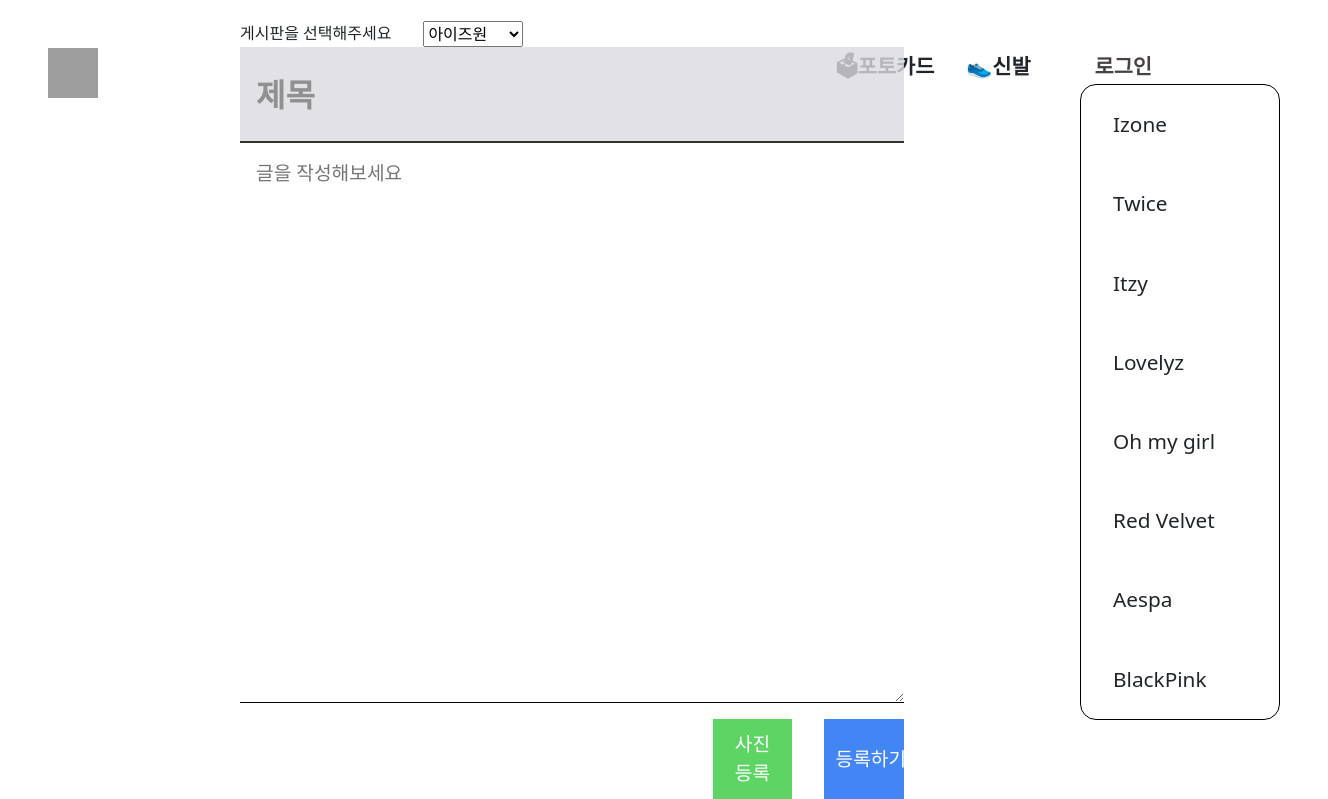
Repository: hwangstar156/goods-trader
Page: /write
These files come from the project's save history. The page is drawn as it stood at one moment and after the next save; the edit follows.
The browser window is 1280 px wide. The page is 1328 px wide, so the pictures cover 1328 px, including what lies to the right of the window. The pictures show the whole page.
Pictures or frames that could not be fetched are drawn as grey boxes. Some web libraries are served in a nearby version. The project was rebuilt for these pictures with package versions that can differ from the ones it lists, and the page was loaded fresh each time. Also part of the build but not shown: src/App.css, src/component/sign-up/sign-up.component.jsx, src/component/sign-in/sign-in.styles.scss, src/component/sign-in/sign-in.component.jsx, src/component/with-spinner/withSpinner.styles.scss, src/component/with-spinner/withSpinner.component.jsx, src/pages/userprofile/userprofile.styles.scss, src/pages/userprofile/userprofile.utils.js and 7 more.

Above is the page before, as saved 2021-09-05 17:59:08.

### public/index.html
<!DOCTYPE html>
<html lang="en">
  <head>
    <meta charset="utf-8" />
    <link rel="icon" href="%PUBLIC_URL%/favicon.ico" />
    <meta name="viewport" content="width=device-width, initial-scale=1" />
    <meta name="theme-color" content="#000000" />
    <meta
      name="description"
      content="Web site created using create-react-app"
    />
    <link rel="apple-touch-icon" href="%PUBLIC_URL%/logo192.png" />

    <link rel="manifest" href="%PUBLIC_URL%/manifest.json" />
    <script src="https://kit.fontawesome.com/08c91e1c0e.js" crossorigin="anonymous"></script>
    <title>Goods trader</title>
  </head>
  <body>
    <div id="root"></div>
  </body>
</html>

### src/index.js
import React from "react";
import ReactDOM from "react-dom";
import "./index.css";
import App from "./App";
import reportWebVitals from "./reportWebVitals";
import { BrowserRouter } from "react-router-dom";
import { PersistGate } from "redux-persist/integration/react";
import { store, persistor } from "./redux/store";
import { Provider } from "react-redux";
import "bootstrap/dist/css/bootstrap.min.css";
ReactDOM.render(
  <Provider store={store}>
    <BrowserRouter>
      <PersistGate persistor={persistor}>
        <App />
      </PersistGate>
    </BrowserRouter>
  </Provider>,

  document.getElementById("root")
);

// If you want to start measuring performance in your app, pass a function
// to log results (for example: reportWebVitals(console.log))
// or send to an analytics endpoint. Learn more: https://bit.ly/CRA-vitals
reportWebVitals();

### src/App.js
import "./App.css";
import { Switch, Route, Redirect } from "react-router-dom";
import SignUpPage from "./component/sign-up/sign-up.component";
import SignInPage from "./component/sign-in/sign-in.component";
import UserProfileContainer from "./pages/userprofile/userprofile.container";
import React, { useEffect } from "react";
import Header from "./component/header/header.component";
import HomePage from "./pages/homepage.component";
import { useDispatch, useSelector } from "react-redux";
import { selectCurrentUser } from "./redux/user/user.selector";
import { checkUserSession } from "./redux/user/user.action";
import WritePage from "./pages/write/write.pages";
const App = () => {
  const currentUser = useSelector(selectCurrentUser);
  const dispatch = useDispatch();

  useEffect(() => {
    dispatch(checkUserSession());
  }, [dispatch]);
  return (
    <>
      <Header />
      <Switch>
        <Route exact path="/" render={() => <HomePage />} />
        <Route exact path="/signup" component={SignUpPage} />
        <Route
          exact
          path="/signin"
          render={() => (currentUser ? <Redirect to="/" /> : <SignInPage />)}
        />
        <Route exact path="/profile" component={UserProfileContainer}></Route>
        <Route exact path="/write" component={WritePage}></Route>
      </Switch>
    </>
  );
};

export default App;

### src/redux/store.js
import { createStore, applyMiddleware } from "redux";
import logger from "redux-logger";
import { persistStore } from "redux-persist";
import rootReducer from "./root-redux";
import { composeWithDevTools } from "redux-devtools-extension";
import createSagaMiddleware from "redux-saga";
import rootSaga from "./root-saga";

const sagaMiddleware = createSagaMiddleware();
const middlewares = [logger, sagaMiddleware];

const store = createStore(
  rootReducer,
  composeWithDevTools(applyMiddleware(...middlewares))
);
sagaMiddleware.run(rootSaga);
const persistor = persistStore(store);

export { store, persistor };

### src/pages/userprofile/userprofile.container.jsx
import WithSpinner from "../../component/with-spinner/withSpinner.component";
import UserProfilePage from "./userprofile.pages";
import { compose } from "redux";
import { connect } from "react-redux";
import { createStructuredSelector } from "reselect";
import { selectUserFetching } from "../../redux/user/user.selector";

const mapStateToProps = createStructuredSelector({
  isLoading: selectUserFetching,
});

const UserProfileContainer = compose(
  connect(mapStateToProps),
  WithSpinner
)(UserProfilePage);

export default UserProfileContainer;

### src/component/header/header.component.jsx
import React from "react";
import ProfileIcon from "../userprofile/profileicon.component";
import { Link, useHistory } from "react-router-dom";
import "./header.styles.scss";
import { useSelector } from "react-redux";
import {
  selectCurrentUser,
  selectUserLoggedIn,
} from "../../redux/user/user.selector";

const Header = () => {
  const currentUser = useSelector(selectCurrentUser);
  const isLoggedIn = useSelector(selectUserLoggedIn);
  const history = useHistory();
  const handleLogoClick = () => {
    history.push("/");
  };

  return (
    <>
      <div className="header-container">
        <div className="logo" onClick={handleLogoClick}>
          <img
            src="https://www.freepnglogos.com/uploads/logo-website-png/logo-website-file-globe-icon-svg-wikimedia-commons-21.png"
            alt=""
            className="logo-img"
          />
        </div>
        <div className="header-element">
          {isLoggedIn ? (
            <Link className="header-write" to="/write">
              📝글쓰기
            </Link>
          ) : null}

          <div className="header-photocard">🗳포토카드</div>
          <div className="header-sneakers">👟신발</div>
          {currentUser ? (
            <ProfileIcon />
          ) : (
            <Link to="/signin" className="sign-in-btn">
              로그인
            </Link>
          )}
        </div>
      </div>
    </>
  );
};

export default Header;

### src/redux/user/user.selector.js
import { createSelector } from "reselect";

const selectUser = (state) => state.user;

export const selectCurrentUser = createSelector(
  [selectUser],
  (user) => user.currentUser
);

export const selectUserError = createSelector(
  [selectUser],
  (user) => user.error
);

export const selectUserFetching = createSelector(
  [selectUser],
  (user) => user.isFetching
);

export const selectUserLoggedIn = createSelector(
  [selectUser],
  (user) => user.isLoggedIn
);

### src/redux/user/user.action.js
import { UserActionTypes } from "./user.types";

export const googleSignInStart = () => ({
  type: UserActionTypes.GOOGLE_SIGN_IN_START,
});

export const emailSignInStart = (emailAndPassword) => ({
  type: UserActionTypes.EMAIL_SIGN_IN_START,
  payload: emailAndPassword,
});

export const signInSuccess = (user) => ({
  type: UserActionTypes.SIGN_IN_SUCCESS,
  payload: user,
});

export const signInFailure = (err) => ({
  type: UserActionTypes.SIGN_IN_FAILURE,
  payload: err,
});

export const checkUserSession = () => ({
  type: UserActionTypes.CHECK_USER_SESSION,
});

export const signOutStart = () => ({
  type: UserActionTypes.SIGN_OUT_START,
});

export const signOutSuccess = () => ({
  type: UserActionTypes.SIGN_OUT_SUCCESS,
});

export const signOutFailure = (err) => ({
  type: UserActionTypes.SIGN_OUT_FAILURE,
  payload: err,
});

export const signUpStart = (userObj) => ({
  type: UserActionTypes.SIGN_UP_START,
  payload: userObj,
});

export const signUpSuccess = ({ user, additionalData }) => ({
  type: UserActionTypes.SIGN_UP_SUCCESS,
  payload: { user, additionalData },
});

export const signUpFailure = (err) => ({
  type: UserActionTypes.SIGN_UP_FAILURE,
  payload: err,
});

export const refreshUserStart = () => ({
  type: UserActionTypes.REFRESH_USER_START,
});

export const refreshUserSuccess = (user) => ({
  type: UserActionTypes.REFRESH_USER_SUCCESS,
  payload: user,
});

export const refreshUserFailure = (err) => ({
  type: UserActionTypes.REFRESH_USER_FAILURE,
  payload: err,
});

### src/pages/write/write.pages.jsx
import React from "react";
import { useState } from "react";
import { useSelector } from "react-redux";
import { firestore, storageRef } from "../../firebase/firebase.utils";
import { selectCurrentUser } from "../../redux/user/user.selector";
import { v4 as uuidv4 } from "uuid";
import { useRef } from "react";
import MenuAside from "../../component/menu-aside/menu-aside.component";
import "github-markdown-css";
import "./write.styles.scss";
import { selectIdols } from "../../redux/idol/idol.selector";
const WritePage = () => {
  const imgRef = useRef(null);
  const currentUser = useSelector(selectCurrentUser);
  const idolCollection = useSelector(selectIdols);
  const [text, setText] = useState({
    headText: "",
    mainText: "",
  });
  const [file, setFile] = useState("");
  const { headText, mainText } = text;

  const onSubmit = async (e) => {
    e.preventDefault();
    let fileUrl = "";
    const fileRef = storageRef.child(`${currentUser.id}/${uuidv4()}`);
    const responce = await fileRef.put(file);

    console.log(responce);
    responce.ref.getDownloadURL().then((url) => {
      fileUrl = url;
      imgRef.current.src = url;
    });

    const writing = {
      headText,
      mainText,
      createAt: Date.now(),
      fileUrl,
    };
    firestore.collection("writings").add(writing);
    setFile("");
    setText({
      ...text,
      headText: "",
      mainText: "",
    });
  };

  const onChangeTextInput = (e) => {
    const name = e.target.name;
    setText({
      ...text,
      [name]: e.target.value,
    });
  };

  const onChangeFiles = (e) => {
    const theFile = e.target.files[0];
    if (!theFile) {
      return;
    }
    if (!theFile.type.match(/image.*/)) {
      return;
    }
    setFile(theFile);
  };

  const onChangeSelectIdol = (e) => {};

  return (
    <div className="write-container">
      <form onSubmit={onSubmit} className="inputs-form">
        <div className="select-container">
          <label htmlFor="">게시판을 선택해주세요</label>
          <select
            name="idol"
            id="select-collection"
            onChange={onChangeSelectIdol}
            className="idol-selector"
          >
            {idolCollection.map(({ id, title }) => (
              <option key={id} value={title}>
                {title}
              </option>
            ))}
          </select>
        </div>

        <input
          type="text"
          name="headText"
          className="head-input"
          value={headText}
          placeholder="제목"
          onChange={onChangeTextInput}
        />
        <textarea
          type="text"
          placeholder="글을 작성해보세요"
          className="main-input"
          name="mainText"
          value={mainText}
          onChange={onChangeTextInput}
        />
        <input
          type="file"
          accept="image/*"
          onChange={onChangeFiles}
          className="file-input"
        />
        <footer className="footer-element">
          <button type="button" className="file-btn">
            사진 등록
          </button>
          <input type="submit" className="submit-btn" value="등록하기" />
        </footer>
      </form>
      <MenuAside className="menu-aside" />
      <div className="image-preview">
        <img src="" alt="" ref={imgRef} />
      </div>
    </div>
  );
};

export default WritePage;

### src/redux/root-redux.js
import { combineReducers } from "redux";
import { persistReducer } from "redux-persist";
import storage from "redux-persist/lib/storage";
import idolReducer from "./idol/idol.reducer";
import userReducer from "./user/user.reducer";
const persistConfig = {
  key: "root",
  storage,
  whitelist: ["cart"],
};

const rootReducer = combineReducers({
  user: userReducer,
  idol: idolReducer,
});

export default persistReducer(persistConfig, rootReducer);

### src/redux/root-saga.js
import { all, call } from "redux-saga/effects";
import { userSagas } from "./user/user.saga";
export default function* rootSaga() {
  yield all([call(userSagas)]);
}

### src/component/sign-up/sign-up.styles.scss
@import url("https://fonts.googleapis.com/css2?family=Poppins&display=swap");
@import url("https://fonts.googleapis.com/css2?family=Jua&display=swap");

* {
  box-sizing: content-box;
  margin: 0;
}
.sign-up-page {
  width: 100%;
  height: 100vh;
  font-family: "Jua", sans-serif;
  & .form-input {
    display: flex;
    flex-direction: column;
    width: 35%;
    justify-content: center;
    margin: 0 auto;
    margin-top: 4rem;
    background-color: skyblue;
    padding: 3rem;
    border-radius: 1rem;

    & h3 {
      font-size: 2rem;
      text-align: center;
      color: black;
    }

    & .sign-up-input {
      margin-top: 2rem;
      height: 3rem;
      background-color: lightgray;
      border: 1px solid black;
      border-radius: 0.5rem;
      font-size: 1rem;
      letter-spacing: 0.1rem;
      padding-left: 1rem;
      &::placeholder {
        letter-spacing: normal;
        font-size: 80%;
        opacity: 1;
      }
    }
  }

  & .sign-up-title {
    display: flex;
    font-style: italic;
    padding-top: 3rem;
    font-size: 3em;

    color: tomato;
    justify-content: center;

    & strong {
      color: blue;
    }
  }

  & .submit-btn {
    width: 20%;
    margin: 4rem auto 0 auto;
    padding: 1rem;
    border-radius: 1.5rem;
    border: transparent;
    background-color: #4285f4;
    color: white;
    font-size: 1rem;

    &:hover {
      cursor: pointer;
      background-color: #357ae8;
    }
  }
}

### src/component/header/header.styles.scss
@import url("https://fonts.googleapis.com/css2?family=Jua&display=swap");

.header-container {
  display: flex;
  position: relative;
  left: 3rem;
  top: 3rem;
  & .logo-img {
    width: 50px;
    height: 50px;
    cursor: pointer;
  }

  & .header-element {
    display: flex;
    position: absolute;
    right: 11rem;
    font-size: 1.3rem;
    line-height: 40px;
    font-weight: 600;
    font-family: "Jua", sans-serif;

    & .header-write {
      text-decoration: none;
      color: rgb(71, 66, 66);
    }

    & .sign-in-btn {
      text-decoration: none;
      color: rgb(71, 66, 66);
    }
    & .header-write {
      margin-right: 2rem;
    }

    & .header-photocard {
      margin-right: 2rem;
    }

    & .header-sneakers {
      margin-right: 4rem;
    }
  }
}

### src/redux/user/user.types.js
export const UserActionTypes = {
  GOOGLE_SIGN_IN_START: "GOOGLE_SIGN_IN_START",
  EMAIL_SIGN_IN_START: "EMAIL_SIGN_IN_START",
  SIGN_IN_SUCCESS: "SIGN_IN_SUCCESS",
  SIGN_IN_FAILURE: "SIGN_IN_FAILURE",
  CHECK_USER_SESSION: "CHECK_USER_SESSION",
  SIGN_OUT_START: "SIGN_OUT_START",
  SIGN_OUT_SUCCESS: "SIGN_OUT_SUCCESS",
  SIGN_OUT_FAILURE: "SIGN_OUT_FAILURE",
  SIGN_UP_START: "SIGN_UP_START",
  SIGN_UP_SUCCESS: "SIGN_UP_SUCCESS",
  SIGN_UP_FAILURE: "SIGN_UP_FAILURE",
  CHANGE_USER_IMAGE: "CHANGE_USER_IMAGE",
  REFRESH_USER_START: "REFRESH_USER_START",
  REFRESH_USER_SUCCESS: "REFRESH_USER_REFRESH_USER_SUCCESS",
  REFRESH_USER_FAILURE: "REFRESH_USER_FAILURE",
};

### src/component/menu-aside/menu-aside.component.jsx
import React from "react";
import "./menu-aside.styles.scss";
const MenuAside = () => {
  return (
    <aside>
      <ul className="menu-aside">
        <li>Izone</li>
        <li>Twice</li>
        <li>Itzy</li>
        <li>Lovelyz</li>
        <li>Oh my girl</li>
        <li>Red Velvet</li>
        <li>Aespa</li>
        <li>BlackPink</li>
      </ul>
    </aside>
  );
};

export default MenuAside;

### src/pages/write/write.styles.scss
.write-container {
  height: 100vh;
  display: flex;
  justify-content: center;
  align-items: center;



  & .inputs-form {
    display: flex;
    flex-direction: column;
    margin-left: 15rem;
    margin-right: 6rem;
    width: 900px;
    & .select-container {
        display: flex;


    & .idol-selector{
        margin-left: 2rem;
        width: 15%;
        display: inline-block;
    }
    }

    & .head-input {
      height: 6rem;
      border: none;
      border-bottom: 2px solid black;
      background-color: rgb(218, 218, 224);
      opacity: 0.8;
      padding-left: 1rem;
      font-weight: 600;
      font-size: 2rem;
      &:focus {
        outline: none;
      }
    }

    & .main-input {
      border: none;
      border-bottom: 1px solid black;
      height: 35rem;
      padding: 1rem 0 0 1rem;
      font-size: 1.2rem;
      &:focus {
        outline: none;
      }
    }

     & .file-input{
         display: none;
     }
    & .footer-element{
        display: flex;
        & .file-btn{
            width: 12%;
            padding: 0.7rem;
            margin-left: auto;
            margin-top: 1rem;
            margin-right: 2rem;
            color: white;
            border: none;
            font-size: 1.2rem;
            background-color: #5ed464;
            &:hover{
                background-color: #45be4b;
            }
        }
        & .submit-btn{
            width: 12%;
            padding: 0.7rem;
            margin-top: 1rem;
            color: white;
            border: none;
            font-size: 1.2rem;
            background-color: #4285f4;
            &:hover{
                background-color: #357ae8;
            }
        }
    }
  }
}

### src/redux/idol/idol.selector.js
import { createSelector } from "reselect";

const selectIdol = (state) => state.idol;

export const selectIdols = createSelector(
  [selectIdol],
  (idol) => idol.sections
);

### src/redux/idol/idol.reducer.js
import idolData from "./idol.data";
import IdolTypeActions from "./idol.type";
const idolReducer = (state = idolData, action) => {
  switch (action.type) {
    case IdolTypeActions.CHANGE_IMAGE_SIZE:
      return {
        ...state,
        imageUrl: action.payload,
      };
    default:
      return state;
  }
};

export default idolReducer;

### src/redux/user/user.reducer.js
import { UserActionTypes } from "./user.types";

const INITIAL_STATE = {
  currentUser: null,
  error: null,
  isFetching: true,
  isLoggedIn: false,
};

const userReducer = (state = INITIAL_STATE, action) => {
  switch (action.type) {
    case UserActionTypes.REFRESH_USER_START:
    case UserActionTypes.CHECK_USER_SESSION:
      return {
        ...state,
        isFetching: true,
      };
    case UserActionTypes.REFRESH_USER_SUCCESS:
    case UserActionTypes.SIGN_IN_SUCCESS:
      return {
        ...state,
        currentUser: action.payload,
        error: null,
        isFetching: false,
        isLoggedIn: true,
      };
    case UserActionTypes.SIGN_OUT_SUCCESS:
      return {
        ...state,
        currentUser: null,
        error: null,
        isLoggedIn: false,
      };
    case UserActionTypes.REFRESH_USER_FAILURE:
    case UserActionTypes.SIGN_IN_FAILURE:
    case UserActionTypes.SIGN_OUT_FAILURE:
    case UserActionTypes.SIGN_UP_FAILURE:
      return {
        ...state,
        error: action.payload,
      };
    default:
      return state;
  }
};

export default userReducer;

### src/component/menu-aside/menu-aside.styles.scss
.menu-aside {
    list-style: none;
    min-width: 200px;
    margin-left: 5rem;
    border-radius: 1rem;
    border: 1px solid black;
    padding-left: 0;

    & li {
        margin-left: 0;
      padding: 1.5rem 0 1.5rem 2rem;
      font-size: 1.3rem;
      border-radius: 1rem;
      &:hover{
          background-color: rgb(169, 169, 255);
          color: white;
        cursor:pointer;
      }
    }
  }

### src/redux/idol/idol.data.js
const idolData = {
  sections: [
    {
      title: "아이즈원",
      imageUrl:
        "https://data.ygosu.com/editor/attach/20190226/20190226183618_zltermyq.png",
      id: 1,
      linkUrl: "collection/izone",
    },
    {
      title: "트와이스",
      imageUrl: "https://pbs.twimg.com/media/Cy3Wj-5UAAAnKhC.jpg",
      id: 2,
      linkUrl: "collection/twice",
    },
    {
      title: "itzy",
      imageUrl: "https://t1.daumcdn.net/cfile/tistory/998490455C7ABBF703",
      id: 3,
      linkUrl: "collection/itzy",
    },
    {
      title: "러블리즈",
      imageUrl: "https://pbs.twimg.com/media/DNoNIHMUEAAQRai.jpg:large",
      id: 4,
      linkUrl: "collection/lovelyz",
    },
    {
      title: "오마이걸",
      imageUrl:
        "https://blog.kakaocdn.net/dn/tegj9/btqyuFpCiAj/KCKVi3ABV1KA1duQLSm1c1/img.jpg",
      id: 5,
      linkUrl: "collection/omygirl",
    },
    {
      title: "레드벨벳",
      imageUrl:
        "https://blog.kakaocdn.net/dn/bvtVxD/btqMfhWcXgE/anTtVfo6r12XiVNOLuhlkK/img.png",
      id: 6,
      linkUrl: "collection/redvelvet",
    },
    {
      title: "에스파",
      imageUrl: "https://pbs.twimg.com/media/Er64LL-VQAA708Y.jpg",
      id: 7,
      linkUrl: "collection/aespa",
    },
    {
      title: "블랙핑크",
      imageUrl:
        "https://www.wallpapertip.com/wmimgs/96-966442_blackpink-hd.jpg",
      id: 8,
      linkUrl: "collection/blackpink",
    },
  ],
};

export default idolData;

### src/redux/idol/idol.type.js
const IdolTypeActions = {
  CHANGE_IMAGE_SIZE: "CHANGE_IMAGE_SIZE",
};

export default IdolTypeActions;

### src/menu-item/menu-item.styles.scss
* {
  box-sizing: content-box;
  margin: 0;
}

.menu-item {
  overflow: hidden;
  min-width: 30%;
  &:hover {
    cursor: pointer;

    & .background-image {
      transform: scale(1.04);
      transition: transform 2s cubic-bezier(0.25, 0.45, 0.45, 0.95);

      & .content {
        opacity: 0.9;
      }
    }
  }
  & .background-image {
    position: relative;
    height: 700px;

    background-size: cover;
    background-repeat: no-repeat;
    background-position: center;

    & .content {
      position: absolute;
      width: 7.5rem;
      height: 7.5rem;
      display: flex;
      flex-direction: column;
      align-items: center;
      justify-content: center;
      border: 1px solid black;
      top: 50%;
      left: 50%;
      background-color: white;
      opacity: 0.7;
      transform: translate(-50%, -50%);
      border-radius: 0.5rem;
      & .title {
        font-weight: bold;
        margin: 0 3px 0;
        font-size: 20px;
        color: #4a4a4a;
        font-family: sans-serif;
      }
    }
  }
}

Loaded but not shown: src/index.css (common file); src/reportWebVitals.js (common file); src/redux/user/user.saga.js (119 lines, source omitted); src/firebase/firebase.utils.js (87 lines, source omitted)

After the next save:
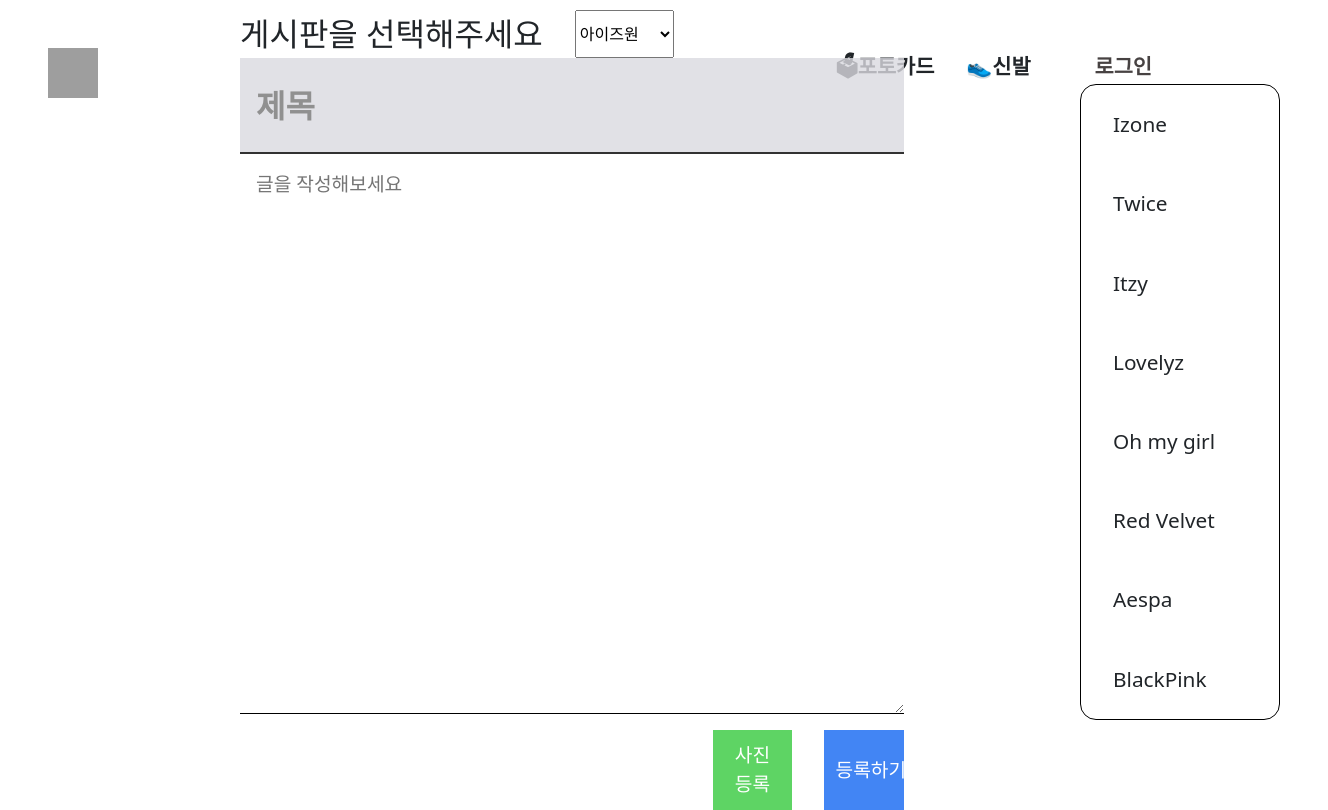
Saved 21 s later.
--- a/src/pages/write/write.styles.scss
+++ b/src/pages/write/write.styles.scss
@@ -15,6 +15,9 @@
     & .select-container {
         display: flex;
 
+        & label{
+            font-size: 2rem;
+        }
 
     & .idol-selector{
         margin-left: 2rem;
